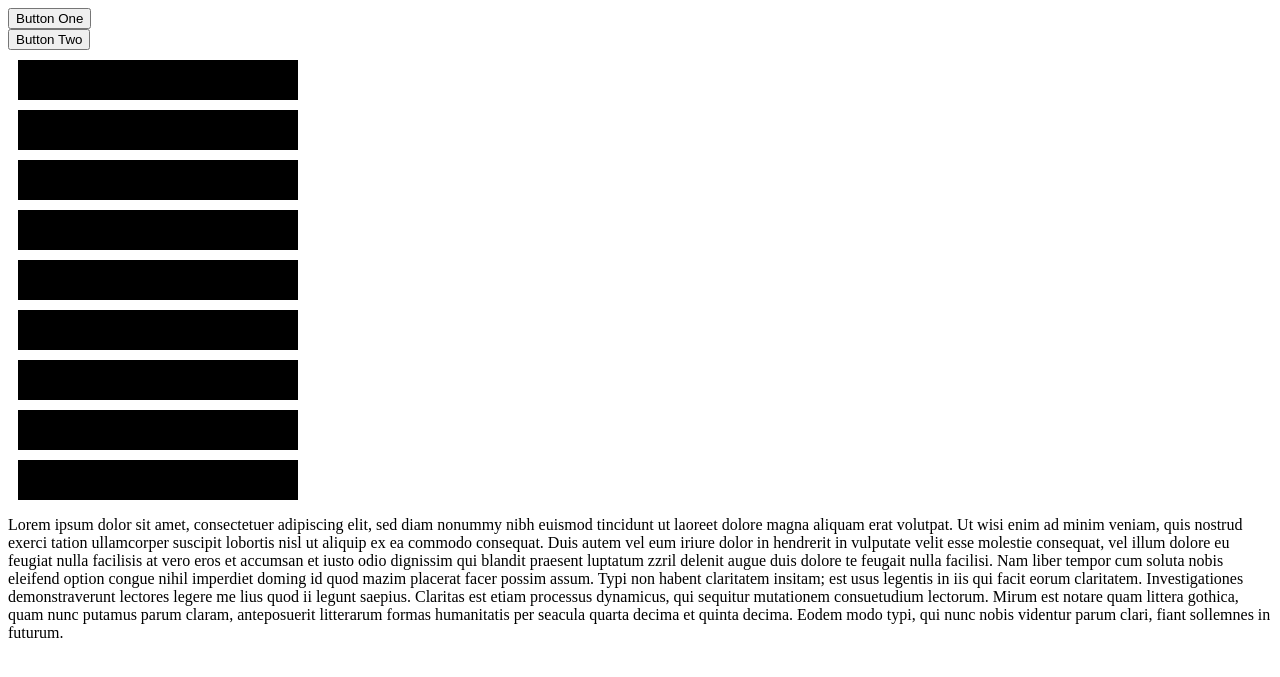
Repository: sheldon18/importance-of-this
Page: index.html
The author's editor kept a record of every edit. The page is drawn from the files as they stood at one moment, then again after the next edit.
The browser window is 1280 px wide. The pictures show the whole page.

Above is the page before.

After the next edit:
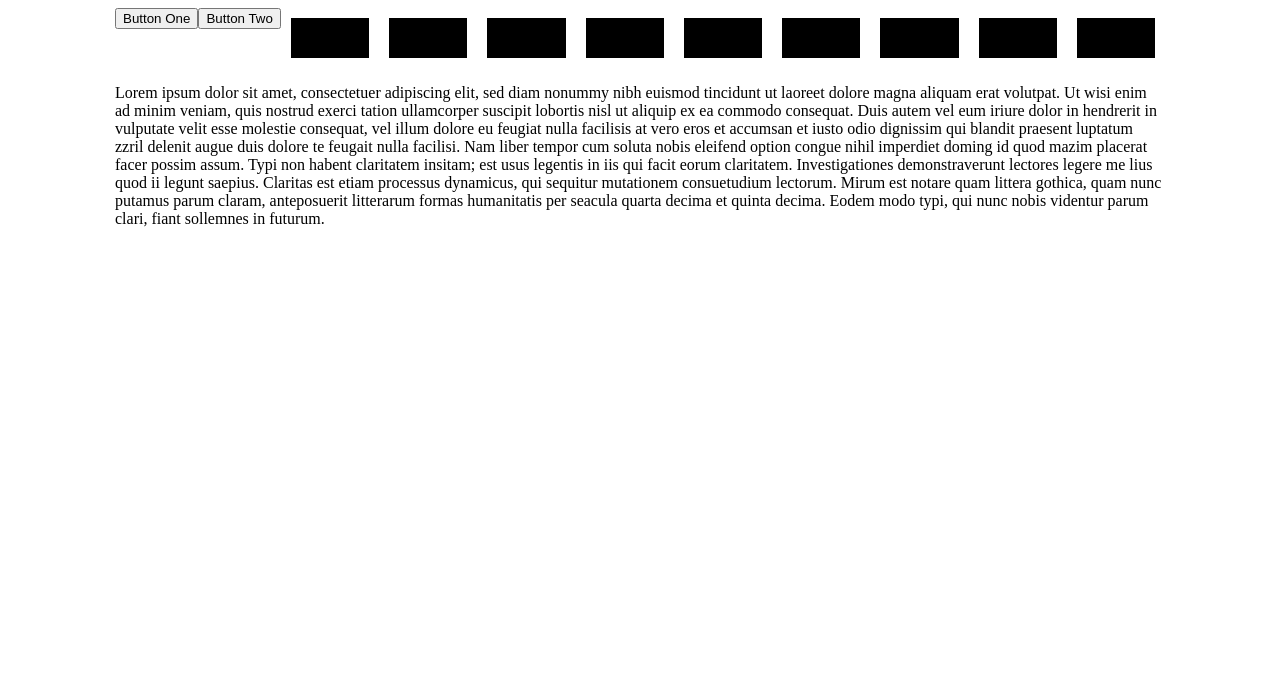
The edit:
--- a/index.html
+++ b/index.html
@@ -9,7 +9,7 @@
     <title>Document</title>
 </head>
 <body>
-    <div id="container">
+    <div class="container">
         <div class="card">
             <button>Button One</button>
         </div>
